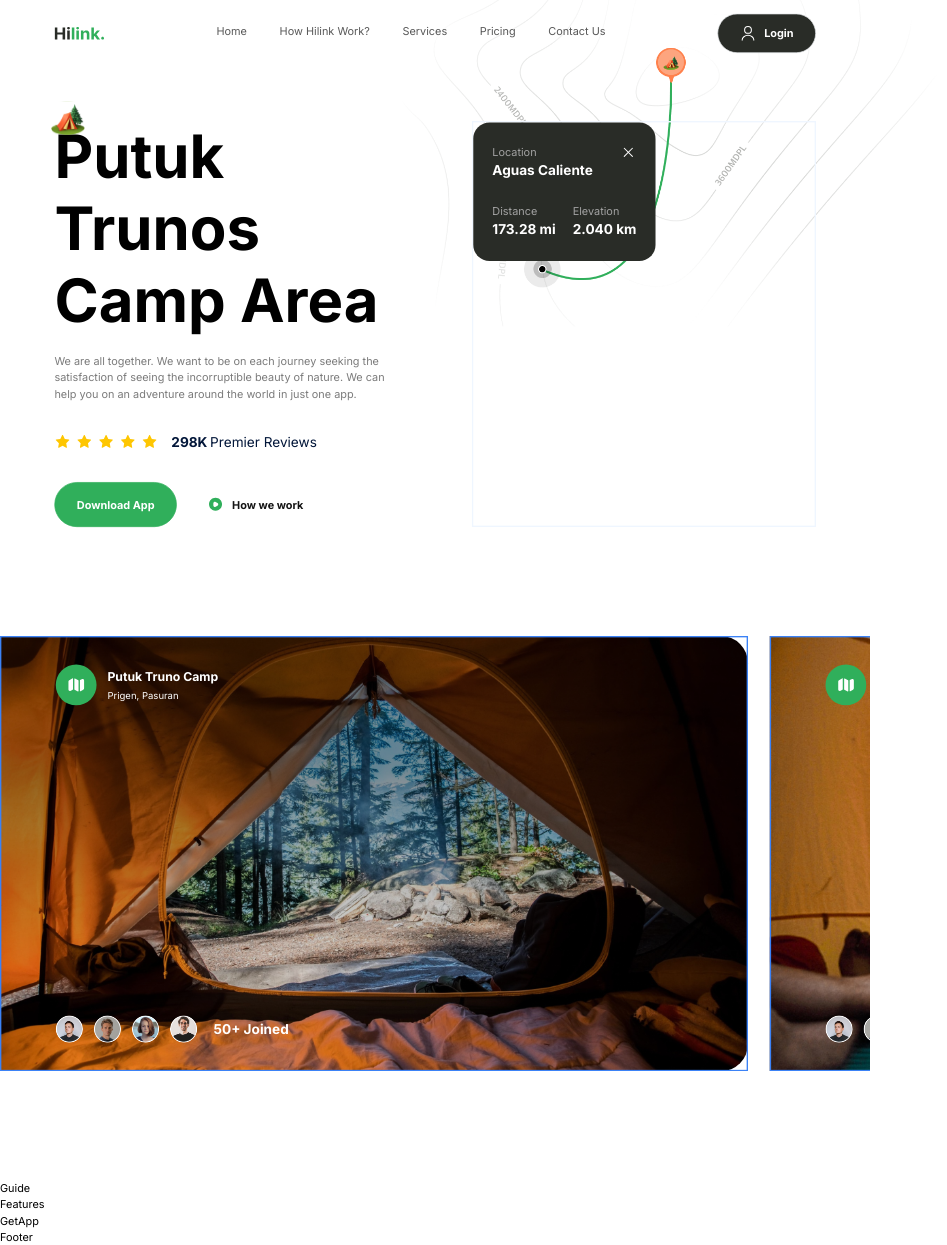
Repository: SouthpawC0der/Modern-reactsite
Page: /
These files come from the project's save history. The page is drawn as it stood at one moment and after the next save; the edit follows.
The browser window is 1280 px wide. The page is 1392 px wide, so the pictures cover 1392 px, including what lies to the right of the window. The pictures show the whole page, at 68% of full size.
The project was rebuilt for these pictures with package versions that can differ from the ones it lists, and the page was loaded fresh each time. The framework's server and built-in components were replaced by stand-ins that run in the browser. Also part of the build but not shown: next.config.ts.

Above is the page before, as saved 2025-02-06 12:56:49.

After the next save:
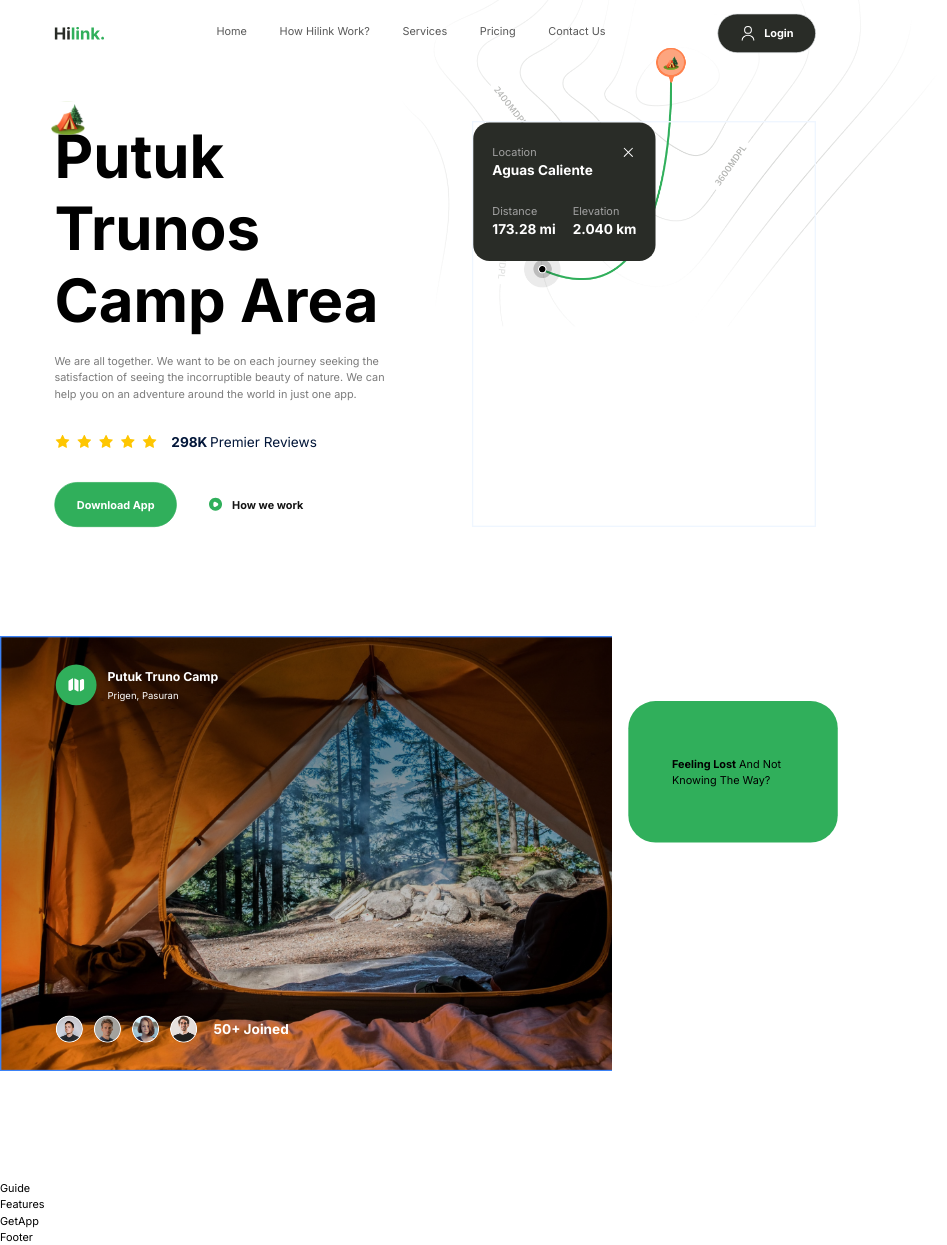
Saved 5 min 12 s later.
--- a/components/Camp.tsx
+++ b/components/Camp.tsx
@@ -69,6 +69,15 @@ const Camp = () => {
       peopleJoined='50+ Joined'
       />
     </div>
+
+    <div className='flexEnd mt-10 px-6 lg:-mt-60 lg:mr-6'>
+       <div className='bg-green-50 p-8 lg:max-w-[500px] xl:max-w-[734px]
+       xl:rounded-5xl xl:px-16 xl:py-20 relative w-full overflow-hidden rounded-3xl'>
+        <h2 className='regular'>
+          <strong>Feeling Lost</strong> And Not Knowing The Way?
+        </h2>
+       </div>
+    </div>
   </section>
   )
 }
